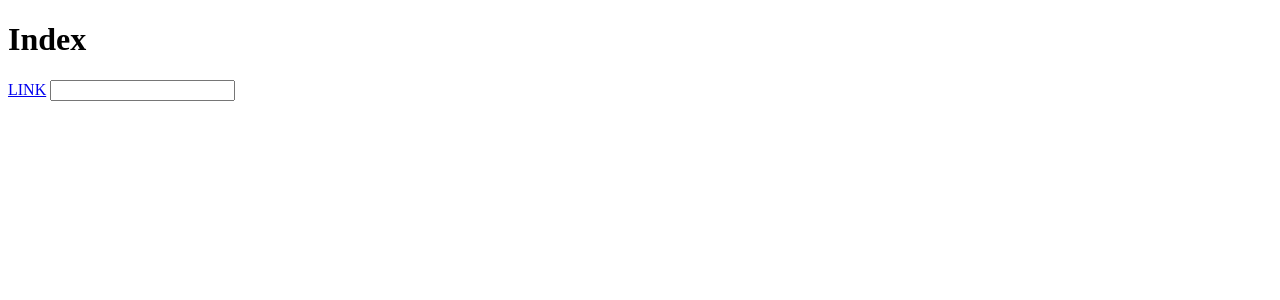
Repository: fukkatsuno-neda/samurai_HTML-CSS
Page: テスト/index.html
The author's editor kept a record of every edit. The page is drawn from the files as they stood at one moment, then again after the next edit.
The browser window is 1280 px wide. The pictures show the whole page.

Above is the page before.

### テスト/index.html
<!DOCTYPE html>
<html lang="ja">
    <head>
        <style>
           #grid{
               display:grid;
               grid-template-columns: 200px 200px;
           }
        </style>
    </head>
    <body>
        <h1>Index</h1>
        <a href="test.html">LINK</a>
        <input type="text">
    </body>
</html>

After the next edit:
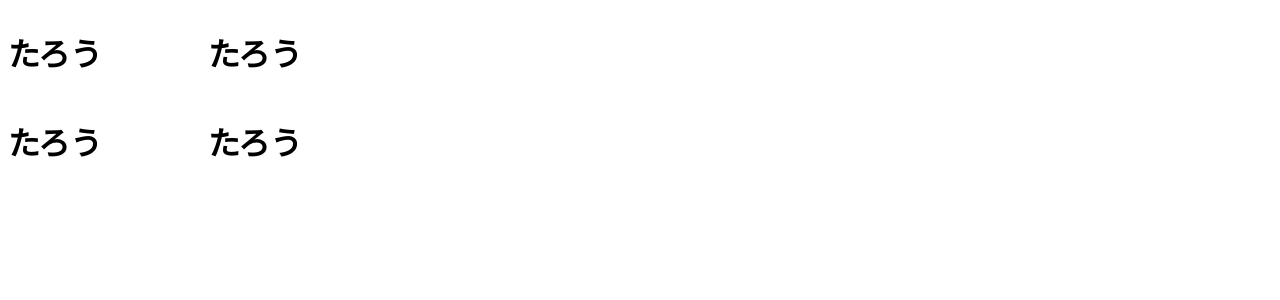
The edit:
--- a/テスト/index.html
+++ b/テスト/index.html
@@ -9,8 +9,12 @@
         </style>
     </head>
     <body>
-        <h1>Index</h1>
-        <a href="test.html">LINK</a>
-        <input type="text">
+        <div id="grid">
+            <h1>たろう</h1>
+            <h1>たろう</h1>
+            <h1>たろう</h1>
+            <h1>たろう</h1>
+        </div>
+
     </body>
 </html>
